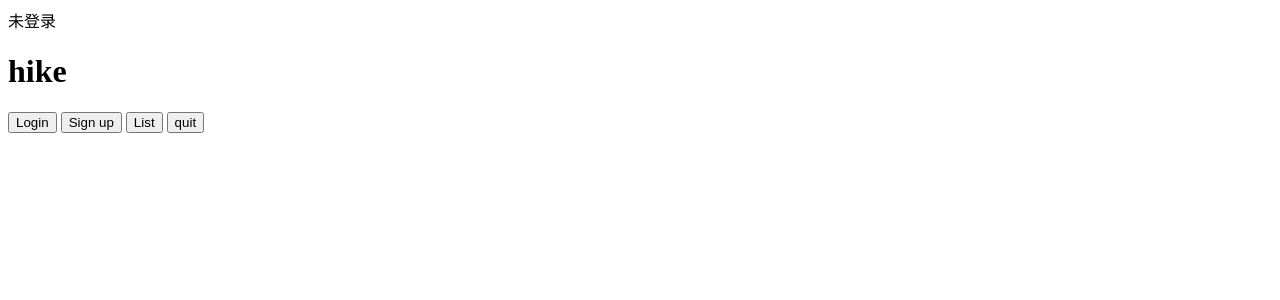
Repository: MorPhingG/JavaWeb
Page: http://localhost/Login/quit.jsp
These files come from the project's save history. The page is drawn as it stood at one moment and after the next save; the edit follows.
The browser window is 1280 px wide. The pictures show the whole page.
The page is served by Tomcat 9.

Above is the page before, as saved 2016-04-24 16:18:22.

### Login/WebContent/quit.jsp
<%@ page language="java" contentType="text/html; charset=UTF-8"
    pageEncoding="UTF-8"%>
<!DOCTYPE html PUBLIC "-//W3C//DTD HTML 4.01 Transitional//EN" "http://www.w3.org/TR/html4/loose.dtd">
<html>
<head>
<meta http-equiv="Content-Type" content="text/html; charset=UTF-8">
<title>Insert title here</title>
</head>
<body>
	<% session.invalidate(); %>
	<jsp:forward page="index.jsp">
	<jsp:param name="name" value="value"/>
	</jsp:forward>
</body>
</html>

### Login/WebContent/index.jsp
<%@ page language="java" contentType="text/html; charset=UTF-8"
    pageEncoding="UTF-8"%>
<!DOCTYPE html PUBLIC "-//W3C//DTD HTML 4.01 Transitional//EN" "http://www.w3.org/TR/html4/loose.dtd">
<html>
<head>
<meta http-equiv="Content-Type" content="text/html; charset=UTF-8">
<title>Insert title here</title>
</head>
<body>
<%

	String username = (String)session.getAttribute("username");
	if(username==null){
      out.print("未登录");
      }else{%>
		<center>Hello <%=username%>
		<input type="button" value="Sign up" onClick="window.location.href='SignUp.jsp'">
    	<input type="button" value="List" onClick="window.location.href='List.jsp'">
    	<input type="button" value="quit" onClick="window.location.href='quit.jsp'">
    	</center>
<%
}
%>
  	<h1>hike</h1>
 	<input type="button" value="Login" onClick="window.location.href='Login.jsp'">
 	<input type="button" value="Sign up" onClick="window.location.href='SignUp.jsp'">
    <input type="button" value="List" onClick="window.location.href='List.jsp'">
    <input type="button" value="quit" onClick="window.location.href='quit.jsp'">

</body>
</html>

After the next save:
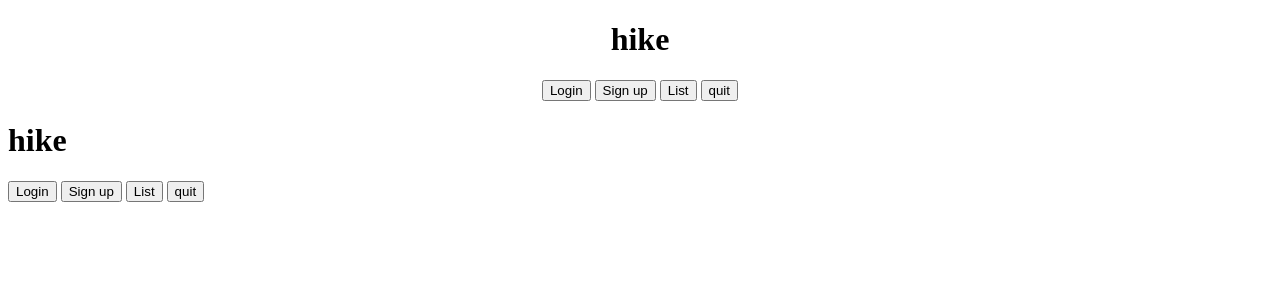
Saved 55 s later.
--- a/Login/WebContent/index.jsp
+++ b/Login/WebContent/index.jsp
@@ -10,9 +10,15 @@
 <%
 
 	String username = (String)session.getAttribute("username");
-	if(username==null){
-      out.print("未登录");
-      }else{%>
+	if(username==null){%>
+	<center>
+    <h1>hike</h1>
+ 	<input type="button" value="Login" onClick="window.location.href='Login.jsp'">
+ 	<input type="button" value="Sign up" onClick="window.location.href='SignUp.jsp'">
+    <input type="button" value="List" onClick="window.location.href='List.jsp'">
+    <input type="button" value="quit" onClick="window.location.href='quit.jsp'">
+    </center>
+      <%}else{%>
 		<center>Hello <%=username%>
 		<input type="button" value="Sign up" onClick="window.location.href='SignUp.jsp'">
     	<input type="button" value="List" onClick="window.location.href='List.jsp'">
